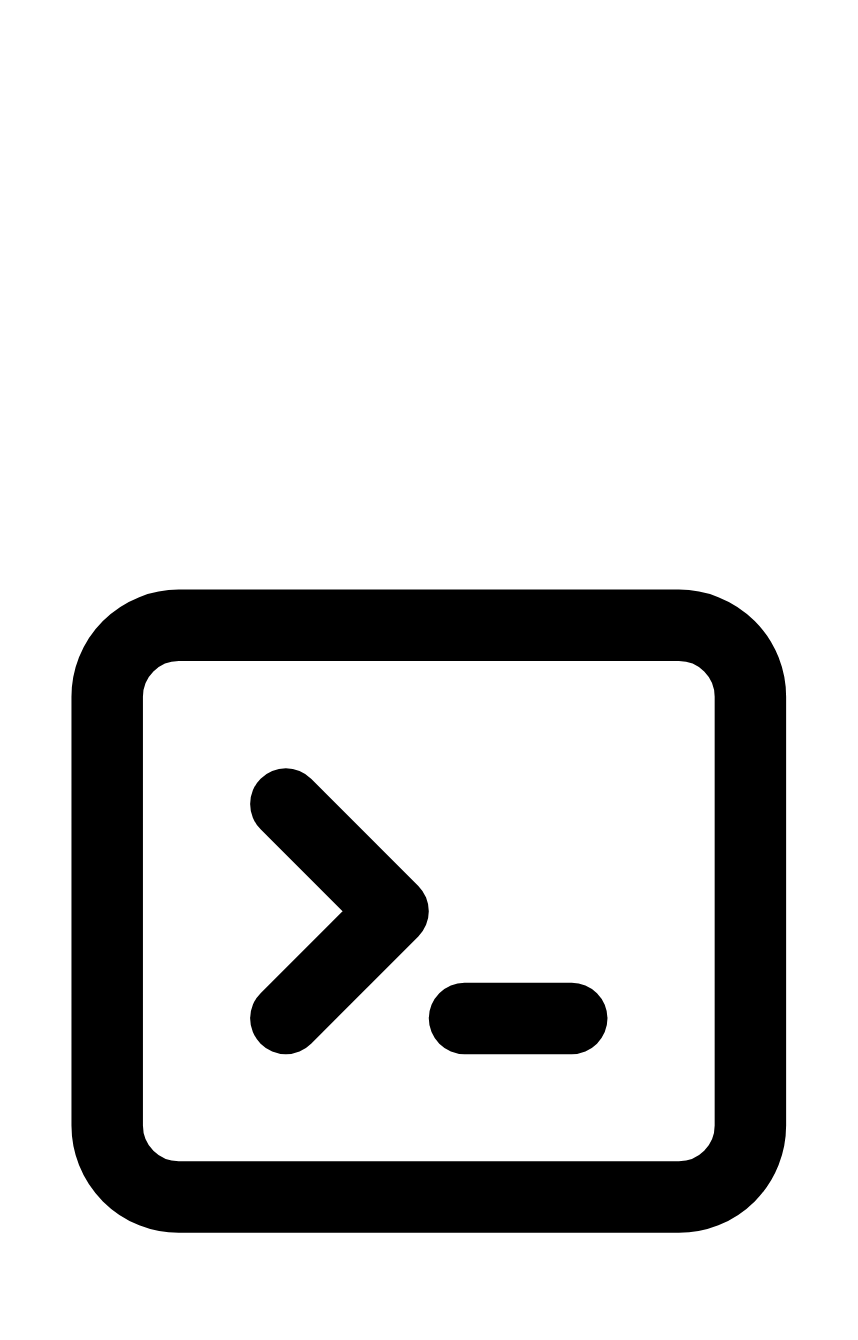
Repository: fhub-1/hackthecoding-blog
Page: /
An editor plug-in stored every save of this project. The page is shown before and after the next save, followed by the edit.
The browser window is 1280 px wide. The pictures show the whole page, at 67% of full size.
The project was rebuilt for these pictures with package versions that can differ from the ones it lists, and the page was loaded fresh each time. The framework's server and built-in components were replaced by stand-ins that run in the browser. Also part of the build but not shown: next.config.js.

Above is the page before, as saved 2022-01-10 11:10:05.

### pages/index.tsx
import Head from 'next/head'
import Header from '../sections/Header'

export default function Home() {
  return (
    <>
    <div className="flex flex-col items-center justify-center min-h-screen py-2">
      <Head>
        <title>Create Next App</title>
        <link rel="icon" href="/favicon.ico" />
      </Head>
    </div>
    <Header/>
    </>
  )
}

### sections/Header.tsx
import React from 'react'
import{TerminalIcon} from '@heroicons/react/outline'

function Header() {
    return (
        <header>
            <div>
                {/* logo */}
                <p>
                    <TerminalIcon />
                </p>
            </div>
        </header>
    )
}

export default Header

### tailwind.config.js
module.exports = {
  mode: 'jit',
  content: [
    './pages/**/*.{js,ts,jsx,tsx}',
    './sections/**/*.{js,ts,jsx,tsx}',
    './components/**/*.{js,ts,jsx,tsx}',
  ],
  theme: {
    extend: {},
  },
  plugins: [],
}

Loaded but not shown: pages/_app.tsx (common file); styles/globals.css (common file)

After the next save:
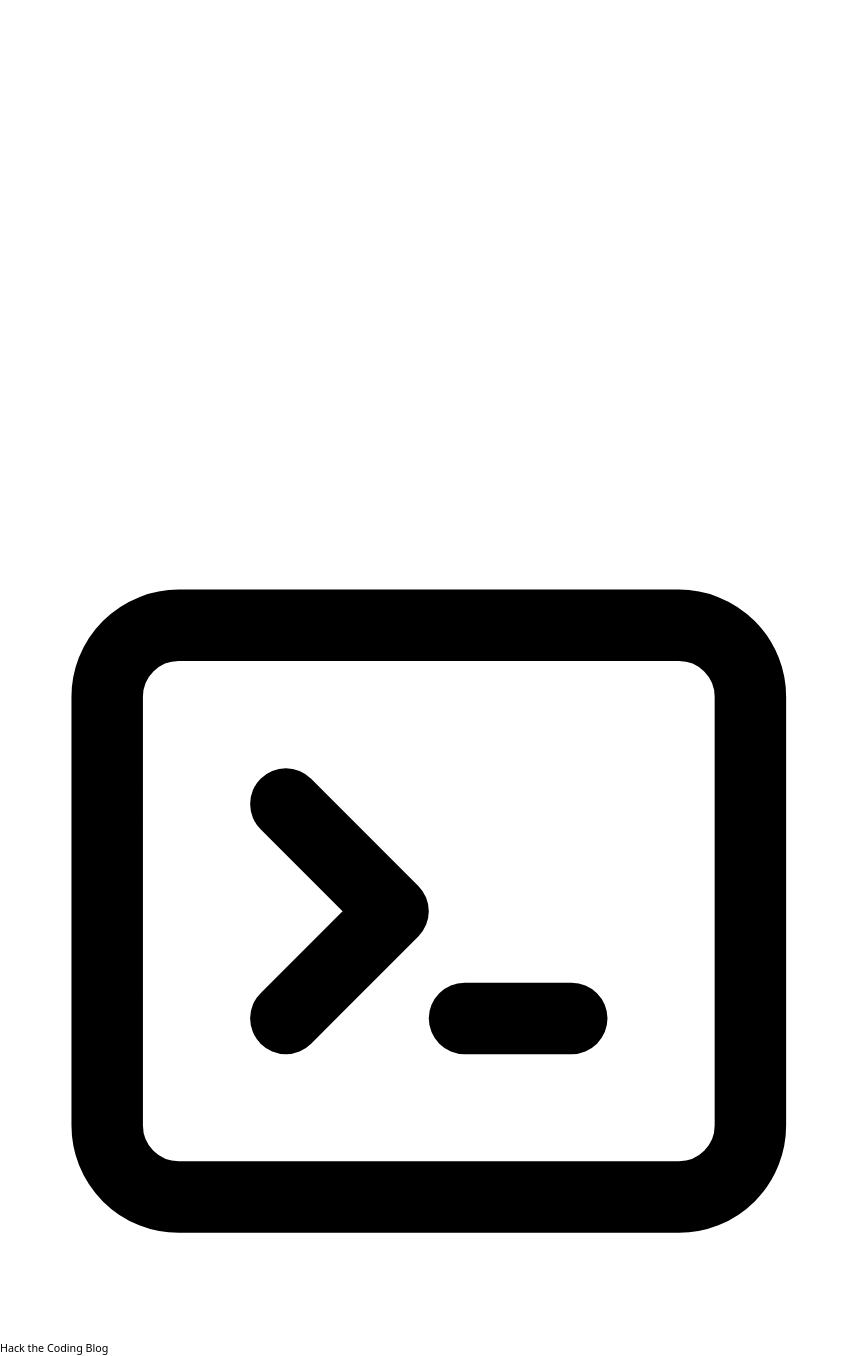
Saved 48 s later.
--- a/sections/Header.tsx
+++ b/sections/Header.tsx
@@ -8,6 +8,7 @@
                 {/* logo */}
                 <p>
                     <TerminalIcon />
+                    <span>Hack the Coding Blog</span>
                 </p>
             </div>
         </header>
